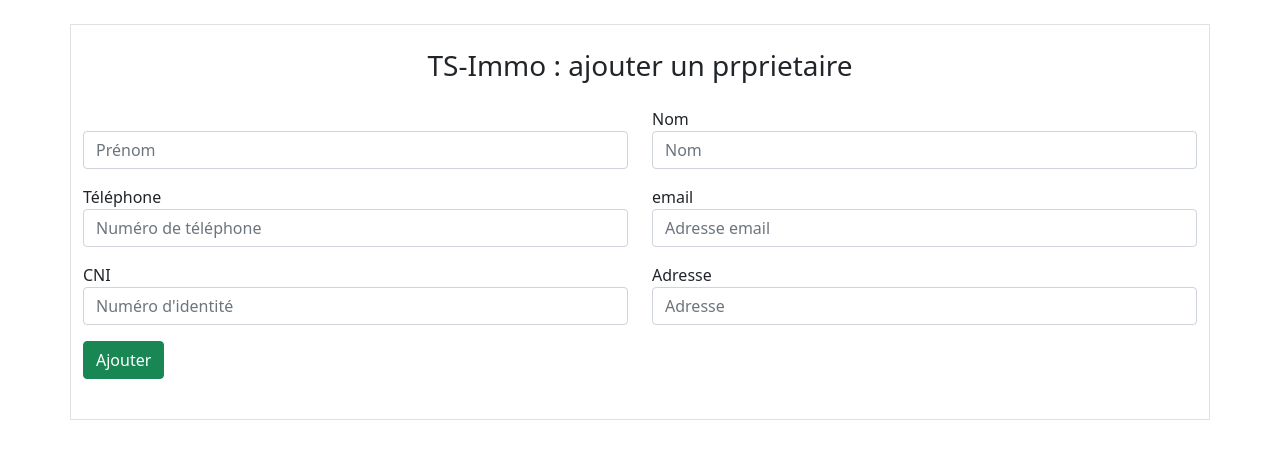
Repository: saliou-t/TS-IMMO
Page: http://localhost/src/views/proprietaire/new.html.php
An editor plug-in stored every save of this project. The page is shown before and after the next save, followed by the edit.
The browser window is 1280 px wide. The pictures show the whole page.
The page is run by PHP 8.4 with error messages shown; the project is at /var/www/html/.

Above is the page before, as saved 2022-04-03 14:40:21.

After the next save:
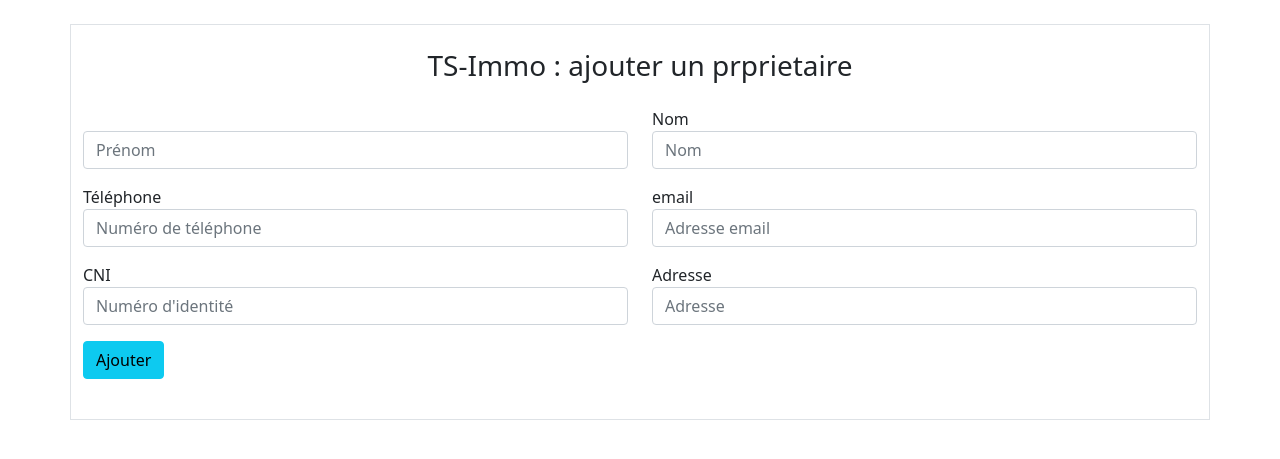
Saved 20 s later.
--- a/src/views/proprietaire/new.html.php
+++ b/src/views/proprietaire/new.html.php
@@ -46,7 +46,7 @@
             </div>
             <div class="row my-3">
                 <div class="col">
-                    <div class="btn btn-success">Ajouter</div>
+                    <div class="btn btn-info">Ajouter</div>
                 </div>
             </div>
         </form>
